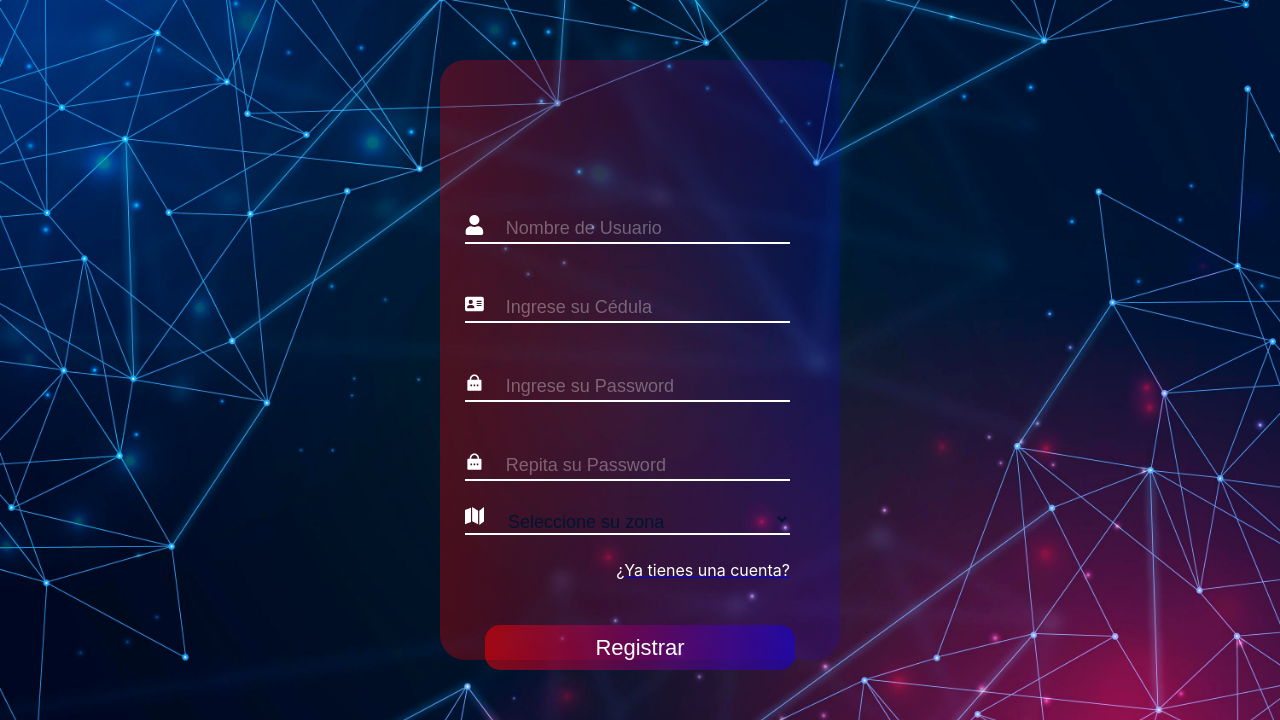
Repository: Davic1o/municipio
Page: /Registro
These files come from the project's save history. The page is drawn as it stood at one moment and after the next save; the edit follows.
The browser window is 1280 px wide. The pictures show the whole page.
The project was rebuilt for these pictures with package versions that can differ from the ones it lists, and the page was loaded fresh each time. Also part of the build but not shown: src/pages/Login/Login.jsx, src/pages/Administrador/Admin.jsx, src/pages/Coord/Coord.jsx, src/pages/User/User.jsx, src/pages/ConfirmacionRegistro/ConfirmacionRegistro.jsx.

Above is the page before, as saved 2024-02-06 20:29:19.

### src/index.js
import React from 'react';
import ReactDOM from 'react-dom/client';
import './index.css';
import App from './App';
import { BrowserRouter } from 'react-router-dom';

const root = ReactDOM.createRoot(document.getElementById('root'));
root.render(
  <BrowserRouter>
    <App />
   </BrowserRouter>
);

### src/index.css
body {
  margin: 0;
  font-family: -apple-system, BlinkMacSystemFont, 'Segoe UI', 'Roboto', 'Oxygen',
    'Ubuntu', 'Cantarell', 'Fira Sans', 'Droid Sans', 'Helvetica Neue',
    sans-serif;
  -webkit-font-smoothing: antialiased;
  -moz-osx-font-smoothing: grayscale;
}

code {
  font-family: source-code-pro, Menlo, Monaco, Consolas, 'Courier New',
    monospace;
}
input{
  text-decoration: none;
  border: none;
}
button{
  background-color: transparent;
  text-decoration: none;
  border: none;
}

### src/App.jsx

import './App.css';
import Rutas from './routes/Rutas';

function App() {
  return (
    <div className="App">
      <Rutas/>
    </div>
  );
}

export default App;

### src/routes/Rutas.jsx
import React from 'react'
import { Routes, Route } from 'react-router-dom';
import Login from '../pages/Login/Login';
import Admin from '../pages/Administrador/Admin';
import Coord from '../pages/Coord/Coord';
import User from '../pages/User/User';
import Register from '../pages/Register/Register';
import ConfirmacionRegistro from '../pages/ConfirmacionRegistro/ConfirmacionRegistro';


function Rutas() {
  return (


    <Routes>
    <Route exact path="/" element={<Login/>} />
    <Route exact path="/Registro" element={<Register/>} />
    <Route exact path="/ConfirmacionRegistro" element={<ConfirmacionRegistro/>} />
    <Route exact path="/Administrador" element={<Admin/>} />
    <Route path='/Coordinador' element={<Coord/>} />
    <Route path='/Usuario' element={<User/>} />

    </Routes>

  )
}

export default Rutas

### src/pages/Register/Register.jsx
import React, { useState } from 'react';
import { FaUser } from 'react-icons/fa';
import { RiLockPasswordFill } from 'react-icons/ri';
import { FaAddressCard } from "react-icons/fa6";
import { ImMap } from "react-icons/im";
import { Link, useNavigate } from "react-router-dom";
import './register.css';

const Register = () => {
  const Navigate = useNavigate();
  const [username, setUsername] = useState('');
  const [cedula, setCedula] = useState('');
  const [password, setPassword] = useState('');
  const [confirmPassword, setConfirmPassword] = useState('');
  const [zona, setZona] = useState(''); // Nuevo estado para la zona
  const [errorMessage, setErrorMessage] = useState('');

  const validarFormulario = () => {
    if (password !== confirmPassword) {
      setErrorMessage('Las contraseñas no coinciden');
      alert('Las contraseñas no coinciden');
      limpiarCampos();
      return false;
    }

    if (!username || !cedula || !password || !confirmPassword || !zona) {
      setErrorMessage('Por favor, complete todos los campos.');
      alert('Por favor, complete todos los campos.');
      return false;
    }

    setErrorMessage('');
    return true;
  };

  const limpiarCampos = () => {
    setUsername('');
    setCedula('');
    setPassword('');
    setConfirmPassword('');
    setZona(''); // Limpiar el campo de la zona también
  };

  const handleRegistroClick = () => {
    if (validarFormulario()) {
      // Crear un objeto con la información del usuario
      const userInfo = {
        username,
        cedula,
        password,
        confirmPassword,
        zona,
      };

      console.log(userInfo);

      // Realizar acciones adicionales para el registro

      // Pasar userInfo como estado en Navigate
      Navigate('/ConfirmacionRegistro', { state: { userInfo } });

      // Limpia los campos después del registro exitoso
      limpiarCampos();
    }
  };

  return (
    <div className="login__container">
      <div className="register__recuadro">
        <div className="register__formulario">
          <div className="contenedor__nombre">
            <FaUser className="icon__nombre" />
            <input
              type="text"
              className="inp__nombre"
              placeholder="Nombre de Usuario"
              value={username}
              onChange={(e) => setUsername(e.target.value)}
            />
          </div>
          <div className="contenedor__nombre">
            <FaAddressCard className="icon__password" />
            <input
              type="text"
              className="inp__nombre"
              placeholder="Ingrese su Cédula"
              value={cedula}
              onChange={(e) => setCedula(e.target.value)}
            />
          </div>
          <div className="contenedor__password">
            <RiLockPasswordFill className="icon__password" />
            <input
              type="password"
              className="inp__password"
              placeholder="Ingrese su Password"
              value={password}
              onChange={(e) => setPassword(e.target.value)}
            />
          </div>
          <div className="contenedor__password">
            <RiLockPasswordFill className="icon__password" />
            <input
              type="password"
              className="inp__password"
              placeholder="Repita su Password"
              value={confirmPassword}
              onChange={(e) => setConfirmPassword(e.target.value)}
            />
          </div>
          <div className="contenedor__zona">
          <ImMap className="icon__password" />
            <select
              id="zona"
              value={zona}
              onChange={(e) => setZona(e.target.value)}
            >
              <option value="">Seleccione su zona</option>
              <option value="norte">Zona Norte</option>
              <option value="sur">Zona Sur</option>
              <option value="centro">Zona Centro</option>
            </select>
          </div>
          <div className="contenedor__registrar">
            <Link to={'/'}>
              <label htmlFor="" className="lbl__registrar">
                ¿Ya tienes una cuenta?
              </label>
            </Link>
          </div>
          <div className="contendor__ingresar">
            <button className="btn__ingresar" onClick={handleRegistroClick}>
              Registrar
            </button>
          </div>
        </div>
      </div>
    </div>
  );
};

export default Register;

### src/pages/Login/login.css
.login__container {
    background-image:  url('../../images/fondo_informacion.jpg');
    background-size: cover;
    height: 100vh;
    width: 100vw;
    box-sizing: border-box;
    display: flex;
    align-items: center;
    justify-content: center;
    z-index: 0;
}
.login__recuadro{
    width: 400px;
    height: 600px;
    border-radius: 25px;
    background: linear-gradient(to right, rgba(253, 0, 0, 0.288) 1%, rgba(16, 0, 235, 0.171));
}
.login__formulario{
    margin-top: 200px;
}
.contenedor__nombre, .contenedor__password{
    padding-top: 25px;
    width: 325px;
    margin: 25px;
    display: flex;
    border-bottom: 2px solid white ;
}
.icon__nombre, .icon__password{
    margin-right: 20px;
    font-size: 20px;
    background-color: transparent;
    color: white;
}
.inp__nombre, .inp__password{

    background-color: transparent;
    width: 300px;
    height: 25px;
    font-size: 18px;
    color: white;
}
.inp__nombre::placeholder, .inp__password::placeholder{
    font-size: 18px;
color: rgba(255, 255, 255, 0.336);
}
.inp__nombre:focus, .inp__password:focus{
    outline: none;
    font-size: 18px;
    border: none;
    color: white;
}
.contenedor__recuerdame{
    width: 325px;
    margin: 25px;
    display: flex;
}
.inp__recuerdame{
    transform: scale(1.5);
    margin-right: 20px;
}
.lbl__recuerdame{
    font-size: 18px;
    color: white;
}
.contenedor__registrar{
    width: 325px;
    margin: 25px;
    display: flex;
    justify-content: right;
}
.lbl__registrar{
    color: white;
}
.lbl__registrar:hover{
    color: blue;
    cursor: pointer;
}
.contendor__ingresar{

    background: linear-gradient(to right, rgba(253, 0, 0, 0.514) 1%, rgba(16, 0, 235, 0.514));
    border-radius: 15px;
    margin: 45px;
    display: flex;
    justify-content: center;
}
.btn__ingresar{
    height: 45px;
    color: white;
    font-size: 22px;
    cursor: pointer;

}

### src/pages/Register/register.css

.register__recuadro{
    width: 400px;
    height: 600px;
    border-radius: 25px;
    background: linear-gradient(to right, rgba(253, 0, 0, 0.288) 1%, rgba(16, 0, 235, 0.171));
}
.register__formulario{
    margin-top: 130px;
}

.contenedor__zona{
    width: 325px;
    margin: 25px;
    display: flex;
    justify-content: right;
    border-bottom: 2px solid white;
}


.contenedor__zona select {
    width: 300px;
    margin: 0px;
    justify-content: right;
    font-size: 18px;
    background-color: transparent;
    color: rgb(0, 20, 50);
    border: none;
    padding-top: 5px;

  }

  /* Estilos adicionales para resaltar el texto del placeholder */
  .contenedor__zona select::placeholder {
    color: rgba(255, 255, 255, 0.336);
    font-size: 18px;
  }

  .contenedor__zona select:focus {
    outline: none;
    border-bottom: 2px solid rgb(255, 255, 255); /* Cambia el color del borde cuando el select está enfocado */
  }

Loaded but not shown: public/index.html (common file); src/App.css (common file)

After the next save:
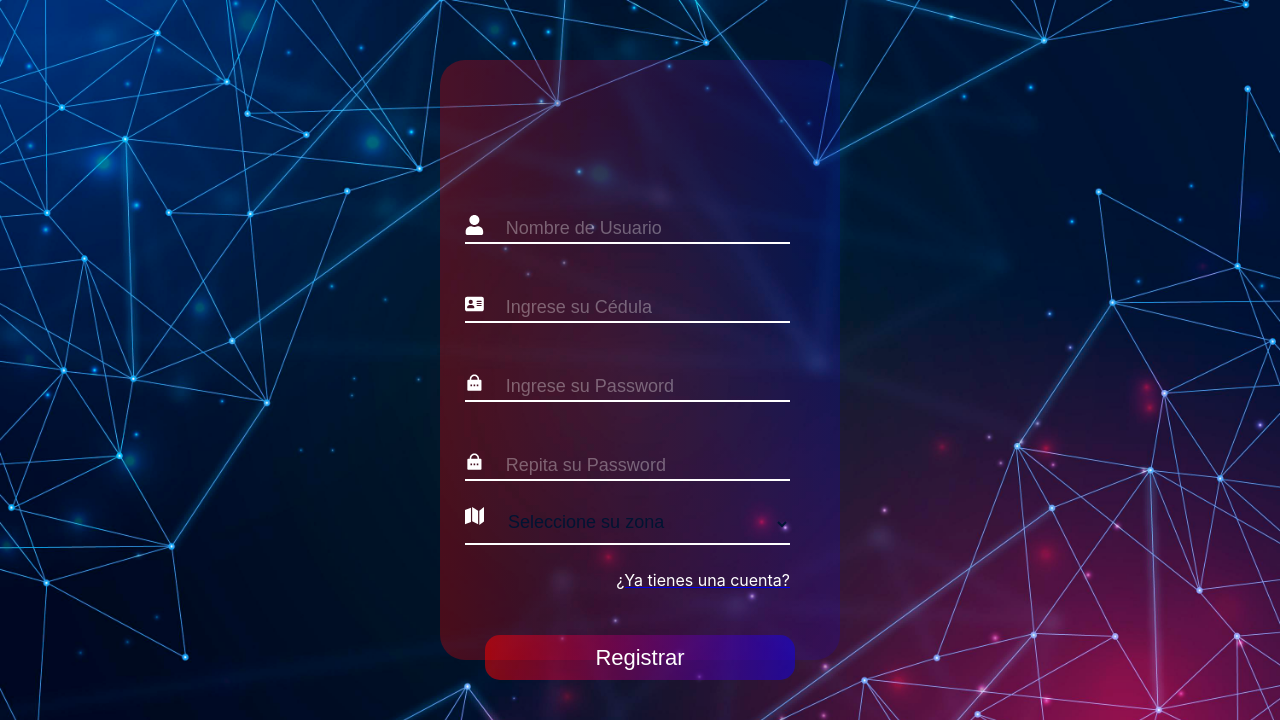
Saved 10 s later.
--- a/src/pages/Register/register.css
+++ b/src/pages/Register/register.css
@@ -27,6 +27,7 @@
     color: rgb(0, 20, 50);
     border: none;
     padding-top: 5px;
+    padding-bottom: 10px;
 
   }
 
